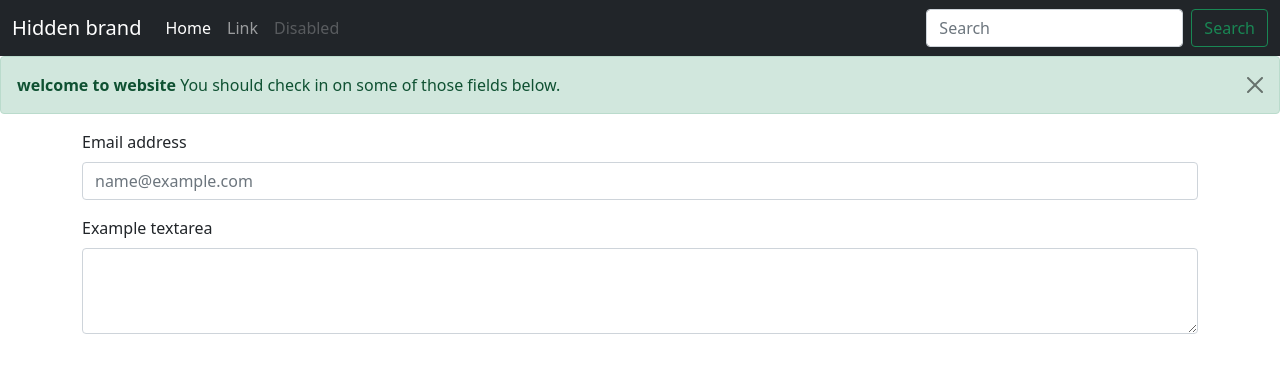
Repository: ritikalohia/Django-beginners-
Page: textutiles/templates/index.html
The author's editor kept a copy of each file at every save. The page is drawn from the files as they stood at one save, then again after a run of saves.
The browser window is 1280 px wide. The pictures show the whole page.

Above is the page before, as saved 2021-05-22 19:36:21.

After the next 4 saves:
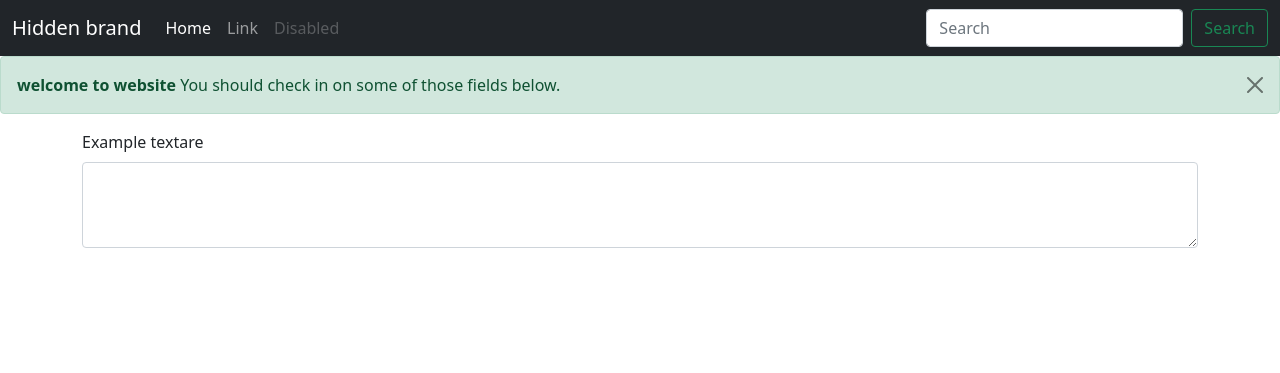
The 4 saves are shown as one change because they came seconds apart.
The last was saved 44 s later.
--- a/textutiles/templates/index.html
+++ b/textutiles/templates/index.html
@@ -43,12 +43,9 @@
     </div>
 
     <div class="container">
+
         <div class="mb-3">
-        <label for="exampleFormControlInput1" class="form-label">Email address</label>
-        <input type="email" class="form-control" id="exampleFormControlInput1" placeholder="name@example.com">
-        </div>
-        <div class="mb-3">
-        <label for="exampleFormControlTextarea1" class="form-label">Example textarea</label>
+        <label for="exampleFormControlTextarea1" class="form-label">Example textare</label>
         <textarea class="form-control" id="exampleFormControlTextarea1" rows="3"></textarea>
         </div>
     </div>
